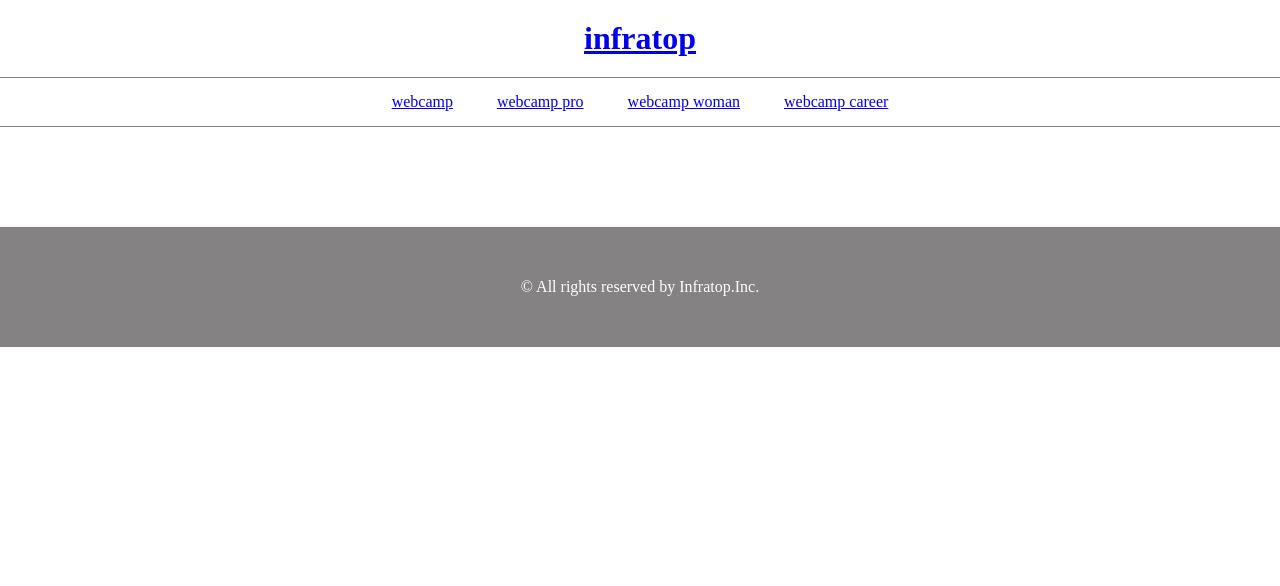
Repository: Takahiro620/dmmwebcamp
Page: enshu5/enshu5.html
The author's editor kept a record of every edit. The page is drawn from the files as they stood at one moment, then again after the next edit.
The browser window is 1280 px wide. The pictures show the whole page.

Above is the page before.

After the next edit:
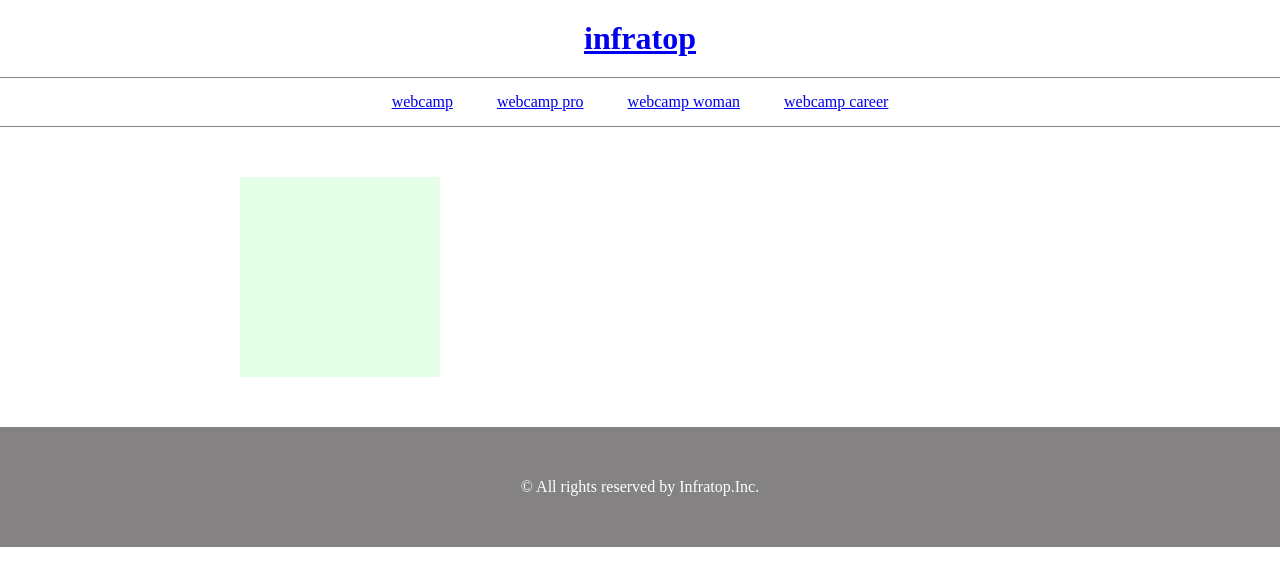
The edit:
--- a/enshu5/enshu5.css
+++ b/enshu5/enshu5.css
@@ -43,7 +43,9 @@
   flex-wrap: wrap;
 }
 .box1{
-
+  width: 200px;
+  height: 200px;
+  background-color: #e6ffe9
 }
 
 
